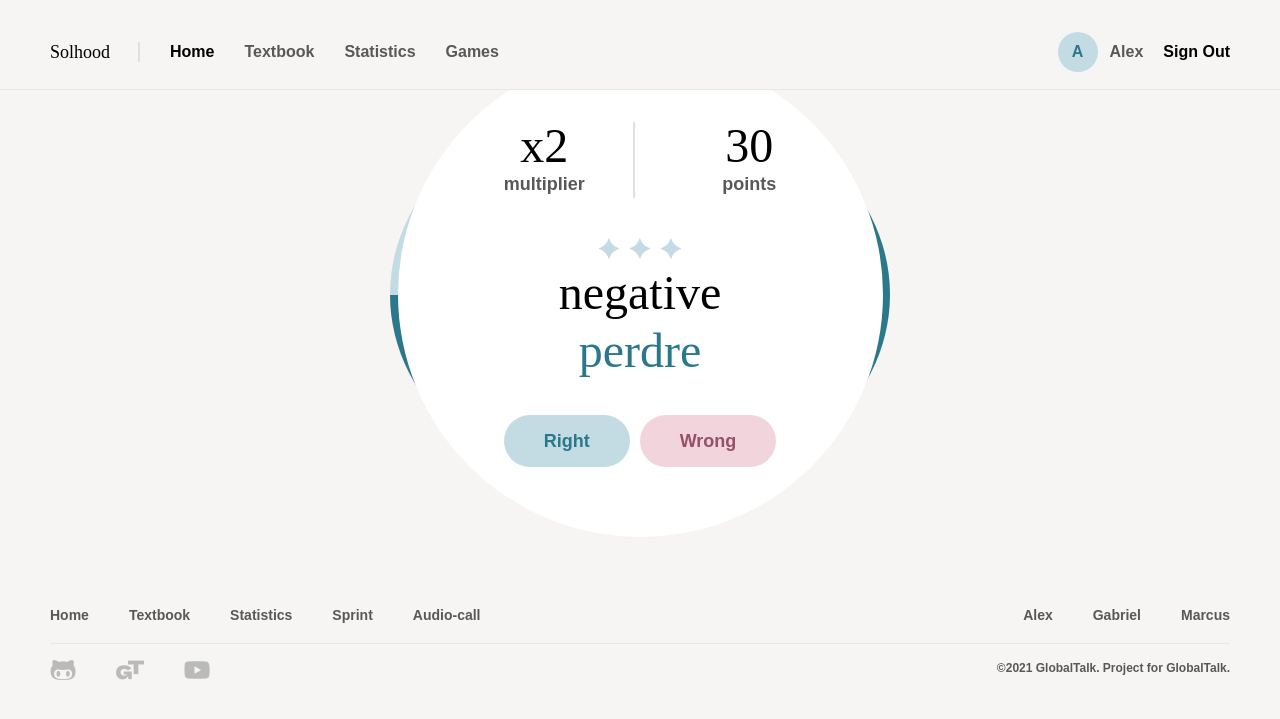
Repository: haudnn/solhood
Page: /game
The author's editor kept a copy of each file at every save. The page is drawn from the files as they stood at one save, then again after the next save.
The browser window is 1280 px wide. The pictures show the whole page.
The project was rebuilt for these pictures with package versions that can differ from the ones it lists, and the page was loaded fresh each time. Also part of the build but not shown: src/pages/Home.tsx, src/pages/Sprint.tsx.

Above is the page before, as saved 2023-01-03 18:18:28.

### src/index.css
@tailwind base;
@tailwind components;
@tailwind utilities;

@import url('https://fonts.googleapis.com/css2?family=Dela+Gothic+One&family=Montserrat:wght@400;500;600;700&display=swap');

@layer components {
    html{
        scroll-behavior: smooth;
    }
    .app-container{
        width: 1180px !important;
        margin: 0 auto !important;
    }
    .wrapper {
        height: calc(100vh - 90px);
        overflow: hidden;
    }
    .line {
        position: relative;
    }
    .wrapper-calc {
        height: calc(100vh - 90px - 157px);
        overflow: hidden;
    }
    .circular-progess::before{
        content: "";
        position: absolute;
        height: 485px;
        width: 485px;
        border-radius: 50%;
        background-color: white;
    }
    .line::before{
        position: absolute;
        content: "";
        right: -30px;
        border-right: 2px solid #e0e0e0 ;
        height: 20px;
        top: 50%;
        transform: translateY(-50%);
    }
    .line-long {
        position: relative;
    }
    .line-long::before{
        position: absolute;
        content: "";
        right: 0px;
        border-right: 2px solid #e0e0e0 ;
        height: 100%;
        top: 50%;
        transform: translateY(-50%);
    }
    .bridge::before {
        position: absolute;
        left:0;
        top:-16px;
        width: 100%;
        height: 20px;
        content:"";
        display: block;
    }
    .grid {
        width: 100%;
        display: block !important;
        padding: 0;
    }

    .grid.wide {
        max-width: 1200px;
        margin: 0 auto;
    }

    .row {
        display: flex;
        flex-wrap: wrap;
        margin-left: -4px;
        margin-right: -4px;
    }

    .row.no-gutters {
        margin-left: 0;
        margin-right: 0;
    }

    .col {
        padding-left: 4px;
        padding-right: 4px;
    }

    .row.no-gutters .col {
        padding-left: 0;
        padding-right: 0;
    }

    .c-0 {
        display: none;
    }

    .c-1 {
        flex: 0 0 8.33333%;
        max-width: 8.33333%;
    }

    .c-2 {
        flex: 0 0 16.66667%;
        max-width: 16.66667%;
    }

    .c-3 {
        flex: 0 0 25%;
        max-width: 25%;
    }

    .c-4 {
        flex: 0 0 33.33333%;
        max-width: 33.33333%;
    }

    .c-5 {
        flex: 0 0 41.66667%;
        max-width: 41.66667%;
    }

    .c-6 {
        flex: 0 0 50%;
        max-width: 50%;
    }

    .c-7 {
        flex: 0 0 58.33333%;
        max-width: 58.33333%;
    }

    .c-8 {
        flex: 0 0 66.66667%;
        max-width: 66.66667%;
    }

    .c-9 {
        flex: 0 0 75%;
        max-width: 75%;
    }

    .c-10 {
        flex: 0 0 83.33333%;
        max-width: 83.33333%;
    }

    .c-11 {
        flex: 0 0 91.66667%;
        max-width: 91.66667%;
    }

    .c-12 {
        flex: 0 0 100%;
        max-width: 100%;
    }

    .c-o-1 {
        margin-left: 8.33333%;
    }

    .c-o-2 {
        margin-left: 16.66667%;
    }

    .c-o-3 {
        margin-left: 25%;
    }

    .c-o-4 {
        margin-left: 33.33333%;
    }

    .c-o-5 {
        margin-left: 41.66667%;
    }

    .c-o-6 {
        margin-left: 50%;
    }

    .c-o-7 {
        margin-left: 58.33333%;
    }

    .c-o-8 {
        margin-left: 66.66667%;
    }

    .c-o-9 {
        margin-left: 75%;
    }

    .c-o-10 {
        margin-left: 83.33333%;
    }

    .c-o-11 {
        margin-left: 91.66667%;
    }

    /* >= Tablet */
    @media (min-width: 740px) {
        .row {
            margin-left: -8px;
            margin-right: -8px;
        }

        .col {
            padding-left: 8px;
            padding-right: 8px;
        }

        .m-0 {
            display: none;
        }

        .m-1,
        .m-2,
        .m-3,
        .m-4,
        .m-5,
        .m-6,
        .m-7,
        .m-8,
        .m-9,
        .m-10,
        .m-11,
        .m-12 {
            display: block;
        }

        .m-1 {
            flex: 0 0 8.33333%;
            max-width: 8.33333%;
        }

        .m-2 {
            flex: 0 0 16.66667%;
            max-width: 16.66667%;
        }

        .m-3 {
            flex: 0 0 25%;
            max-width: 25%;
        }

        .m-4 {
            flex: 0 0 33.33333%;
            max-width: 33.33333%;
        }

        .m-5 {
            flex: 0 0 41.66667%;
            max-width: 41.66667%;
        }

        .m-6 {
            flex: 0 0 50%;
            max-width: 50%;
        }

        .m-7 {
            flex: 0 0 58.33333%;
            max-width: 58.33333%;
        }

        .m-8 {
            flex: 0 0 66.66667%;
            max-width: 66.66667%;
        }

        .m-9 {
            flex: 0 0 75%;
            max-width: 75%;
        }

        .m-10 {
            flex: 0 0 83.33333%;
            max-width: 83.33333%;
        }

        .m-11 {
            flex: 0 0 91.66667%;
            max-width: 91.66667%;
        }

        .m-12 {
            flex: 0 0 100%;
            max-width: 100%;
        }

        .m-o-1 {
            margin-left: 8.33333%;
        }

        .m-o-2 {
            margin-left: 16.66667%;
        }

        .m-o-3 {
            margin-left: 25%;
        }

        .m-o-4 {
            margin-left: 33.33333%;
        }

        .m-o-5 {
            margin-left: 41.66667%;
        }

        .m-o-6 {
            margin-left: 50%;
        }

        .m-o-7 {
            margin-left: 58.33333%;
        }

        .m-o-8 {
            margin-left: 66.66667%;
        }

        .m-o-9 {
            margin-left: 75%;
        }

        .m-o-10 {
            margin-left: 83.33333%;
        }

        .m-o-11 {
            margin-left: 91.66667%;
        }
    }

    /* PC medium resolution > */
    @media (min-width: 1113px) {
        .row {
            margin-left: -12px;
            margin-right: -12px;
        }

        .row.sm-gutter {
            margin-left: -5px;
            margin-right: -5px;
        }

        .col {
            padding-left: 12px;
            padding-right: 12px;
        }

        .row.sm-gutter .col {
            padding-left: 5px;
            padding-right: 5px;
        }

        .l-0 {
            display: none;
        }

        .l-1,
        .l-2,
        .l-2-4,
        .l-3,
        .l-4,
        .l-5,
        .l-6,
        .l-7,
        .l-8,
        .l-9,
        .l-10,
        .l-11,
        .l-12 {
            display: block;
        }

        .l-1 {
            flex: 0 0 8.33333%;
            max-width: 8.33333%;
        }

        .l-2 {
            flex: 0 0 16.66667%;
            max-width: 16.66667%;
        }

        .l-2-4 {
            flex: 0 0 20%;
            max-width: 20%;
        }

        .l-3 {
            flex: 0 0 25%;
            max-width: 25%;
        }

        .l-4 {
            flex: 0 0 33.33333%;
            max-width: 33.33333%;
        }

        .l-5 {
            flex: 0 0 41.66667%;
            max-width: 41.66667%;
        }

        .l-6 {
            flex: 0 0 50%;
            max-width: 50%;
        }

        .l-7 {
            flex: 0 0 58.33333%;
            max-width: 58.33333%;
        }

        .l-8 {
            flex: 0 0 66.66667%;
            max-width: 66.66667%;
        }

        .l-9 {
            flex: 0 0 75%;
            max-width: 75%;
        }

        .l-10 {
            flex: 0 0 83.33333%;
            max-width: 83.33333%;
        }

        .l-11 {
            flex: 0 0 91.66667%;
            max-width: 91.66667%;
        }

        .l-12 {
            flex: 0 0 100%;
            max-width: 100%;
        }

        .l-o-1 {
            margin-left: 8.33333%;
        }

        .l-o-2 {
            margin-left: 16.66667%;
        }

        .l-o-3 {
            margin-left: 25%;
        }

        .l-o-4 {
            margin-left: 33.33333%;
        }

        .l-o-5 {
            margin-left: 41.66667%;
        }

        .l-o-6 {
            margin-left: 50%;
        }

        .l-o-7 {
            margin-left: 58.33333%;
        }

        .l-o-8 {
            margin-left: 66.66667%;
        }

        .l-o-9 {
            margin-left: 75%;
        }

        .l-o-10 {
            margin-left: 83.33333%;
        }

        .l-o-11 {
            margin-left: 91.66667%;
        }
    }

    /* Tablet - PC low resolution */
    @media (min-width: 740px) and (max-width: 1023px) {
        .wide {
            width: 644px;
        }
    }

    /* > PC low resolution */
    @media (min-width: 1024px) and (max-width: 1239px) {
        .wide {
            width: 984px;
        }

        .wide .row {
            margin-left: -12px;
            margin-right: -12px;
        }

        .wide .row.sm-gutter {
            margin-left: -5px;
            margin-right: -5px;
        }

        .wide .col {
            padding-left: 12px;
            padding-right: 12px;
        }

        .wide .row.sm-gutter .col {
            padding-left: 5px;
            padding-right: 5px;
        }

        .wide .l-0 {
            display: none;
        }

        .wide .l-1,
        .wide .l-2,
        .wide .l-2-4,
        .wide .l-3,
        .wide .l-4,
        .wide .l-5,
        .wide .l-6,
        .wide .l-7,
        .wide .l-8,
        .wide .l-9,
        .wide .l-10,
        .wide .l-11,
        .wide .l-12 {
            display: block;
        }

        .wide .l-1 {
            flex: 0 0 8.33333%;
            max-width: 8.33333%;
        }

        .wide .l-2 {
            flex: 0 0 16.66667%;
            max-width: 16.66667%;
        }

        .wide .l-2-4 {
            flex: 0 0 20%;
            max-width: 20%;
        }

        .wide .l-3 {
            flex: 0 0 25%;
            max-width: 25%;
        }

        .wide .l-4 {
            flex: 0 0 33.33333%;
            max-width: 33.33333%;
        }

        .wide .l-5 {
            flex: 0 0 41.66667%;
            max-width: 41.66667%;
        }

        .wide .l-6 {
            flex: 0 0 50%;
            max-width: 50%;
        }

        .wide .l-7 {
            flex: 0 0 58.33333%;
            max-width: 58.33333%;
        }

        .wide .l-8 {
            flex: 0 0 66.66667%;
            max-width: 66.66667%;
        }

        .wide .l-9 {
            flex: 0 0 75%;
            max-width: 75%;
        }

        .wide .l-10 {
            flex: 0 0 83.33333%;
            max-width: 83.33333%;
        }

        .wide .l-11 {
            flex: 0 0 91.66667%;
            max-width: 91.66667%;
        }

        .wide .l-12 {
            flex: 0 0 100%;
            max-width: 100%;
        }

        .wide .l-o-1 {
            margin-left: 8.33333%;
        }

        .wide .l-o-2 {
            margin-left: 16.66667%;
        }

        .wide .l-o-3 {
            margin-left: 25%;
        }

        .wide .l-o-4 {
            margin-left: 33.33333%;
        }

        .wide .l-o-5 {
            margin-left: 41.66667%;
        }

        .wide .l-o-6 {
            margin-left: 50%;
        }

        .wide .l-o-7 {
            margin-left: 58.33333%;
        }

        .wide .l-o-8 {
            margin-left: 66.66667%;
        }

        .wide .l-o-9 {
            margin-left: 75%;
        }

        .wide .l-o-10 {
            margin-left: 83.33333%;
        }

        .wide .l-o-11 {
            margin-left: 91.66667%;
        }
    }
}

### src/App.tsx
import "./App.css";
import { BrowserRouter } from 'react-router-dom';
import RouterConfig from './config/RouterConfig';
import Footer from "./components/Layout/Footer";
import Header from "./components/Layout/Header";
function App() {
  return (
    <div className="App font-montserrat">
      <BrowserRouter>
        <Header />
        <RouterConfig/>
        <Footer/>
      </BrowserRouter>
    </div>
  );
}

export default App;

### src/config/RouterConfig.tsx
import React from 'react'
import { Routes, Route } from 'react-router-dom';
import {router} from '../constants';
const RouterConfig = () => {
  return (
    <Routes>
    {router.map(({ path, component }) => (
      <Route key={path} path={path} element={component} />
    ))}
  </Routes>
  )
}

export default RouterConfig

### src/components/Layout/Footer.tsx
import React from "react";
import github from '../../assets/imgs/github.png';
import GT from '../../assets/imgs/GT.png'
import youtube from '../../assets/imgs/youtube.png'
const Footer = () => {
  return (
    <footer>
      <div className="bg-greyligt py-[40px]">
        <div className="app-container">
          <div className="pb-4 border-b border-solid boder-[greymedium]">
            <div className="grid">
              <div className="row">
                <div className="col l-6">
                  <ul className="flex items-center gap-x-10">
                    <li>
                      <a
                        className="text-sm font-semibold text-greydark"
                        href="/"
                      >
                        Home
                      </a>
                    </li>
                    <li>
                      <a
                        className="text-sm font-semibold text-greydark"
                        href="/"
                      >
                        Textbook
                      </a>
                    </li>
                    <li>
                      <a
                        className="text-sm font-semibold text-greydark"
                        href="/"
                      >
                        Statistics
                      </a>
                    </li>
                    <li>
                      <a
                        className="text-sm font-semibold text-greydark"
                        href="/"
                      >
                        Sprint
                      </a>
                    </li>
                    <li>
                      <a
                        className="text-sm font-semibold text-greydark"
                        href="/"
                      >
                        Audio-call
                      </a>
                    </li>
                  </ul>
                </div>
                <div className="col l-6">
                  <ul className="flex items-center justify-end gap-x-10">
                    <li>
                      <a
                        className="text-sm font-semibold text-greydark"
                        href="/"
                      >
                        Alex
                      </a>
                    </li>
                    <li>
                      <a
                        className="text-sm font-semibold text-greydark"
                        href="/"
                      >
                        Gabriel
                      </a>
                    </li>
                    <li>
                      <a
                        className="text-sm font-semibold text-greydark"
                        href="/"
                      >
                        Marcus
                      </a>
                    </li>
                  </ul>
                </div>
              </div>
            </div>
          </div>
          <div className="pt-4">
            <div className="grid">
              <div className="row">
                <div className="col l-6">
                  <ul className="flex items-center gap-x-10">
                    <li>
                      <a href="/">
                        <img src={github} alt="" />
                      </a>
                    </li>
                    <li>
                      <a href="/">
                        <img src={GT} alt="" />
                      </a>
                    </li>
                    <li>
                      <a href="/">
                        <img src={youtube} alt="" />
                      </a>
                    </li>
                  </ul>
                </div>
                <div className="col l-6">
                  <div className="flex items-center justify-end">
                    <span className="text-xs font-semibold text-greydark ">
                      ©2021 GlobalTalk. Project for GlobalTalk.
                    </span>
                  </div>
                </div>
              </div>
            </div>
          </div>
        </div>
      </div>
    </footer>
  );
};

export default Footer;

### src/components/Layout/Header.tsx
import React from "react";

const Header = () => {
  return (
      <header className="py-8 border-b border-solid border-[grey-dark] bg-greyligt max-h-[90px]">
        <div className="app-container">
          <div className="grid">
            <div className="row">
              <div className="col l-6">
                <div className="flex items-center gap-x-[60px] h-full">
                  <div className="line">
                    <a href="/" className="text-lg text-black font-dela">Solhood</a>
                  </div>
                  <div className="">
                    <ul className="flex items-center gap-x-[30px]">
                      <li>
                        <a
                          className="text-base font-semibold text-black"
                          href="/"
                        >
                          Home
                        </a>
                      </li>
                      <li>
                        <a
                          className="text-base font-semibold text-greydark"
                          href="/"
                        >
                          Textbook
                        </a>
                      </li>
                      <li>
                        <a
                          className="text-base font-semibold text-greydark"
                          href="/"
                        >
                          Statistics
                        </a>
                      </li>
                      <li className="relative group">
                        <a
                          className="text-base font-semibold text-greydark"
                          href="/"
                        >
                          Games
                        </a>
                        <div className="z-10 group-hover:block hidden absolute bg-white rounded-xl shadow-lg w-[215px] p-5 top-10 bridge">
                          <ul>
                            <li className="mb-2 text-base font-semibold text-greydark">
                              <a href="/sprint">Sprint</a>
                            </li>
                            <li>
                              <a href="/" className="text-base font-semibold text-greydark">Audio call</a>
                            </li>
                          </ul>
                        </div>
                      </li>
                    </ul>
                  </div>
                </div>
              </div>
              <div className="col l-6">
                <div className="flex justify-end">
                  <div className="flex items-center mr-5 gap-x-3">
                    <div className="flex items-center justify-center w-10 h-10 rounded-[50%] bg-cyanlight">
                      <span className="text-base font-semibold text-cyandark">
                        A
                      </span>
                    </div>
                    <span className="text-base font-semibold text-greydark">
                      Alex
                    </span>
                  </div>
                  <div className="flex items-center">
                    <a href="/" className="text-base font-semibold text-black">
                      Sign Out
                    </a>
                  </div>
                </div>
              </div>
            </div>
          </div>
        </div>
      </header>
  );
};

export default Header;

### src/constants/index.ts
import router from "./router"

export {router}

### src/constants/router.tsx
import Game from "../pages/Game";
import Home from "../pages/Home";
import Sprint from "../pages/Sprint";
const router = [
 {
    path: '/',
    component: <Home />,
 },
 {
   path: '/sprint',
   component: <Sprint />,
 },
 {
  path: '/game',
   component: <Game />,
 }

]
export default router;

### src/pages/Game.tsx
import React from "react";
import level from "../assets/imgs/level.png";
const Game = () => {
  return (
    <div className="game bg-greyligt">
      <div className="flex flex-col items-center justify-center wrapper-calc">
        <div style={{background: `conic-gradient(#2b788b ${270}deg, #c3dce3 0deg)`}} className=" circular-progess relative w-[500px] h-[500px] rounded-[50%] flex items-center justify-center">
          <div className="relative">
            <div className="flex items-center justify-between mb-10 ">
              <div className="flex flex-col items-center line-long before:-right-[50px]">
                <p className="text-5xl font-dela">x2</p>
                <p className="text-lg font-semibold text-greydark">
                  multiplier
                </p>
              </div>
              <div className="flex flex-col items-center ">
                <p className="text-5xl font-dela">30</p>
                <p className="text-lg font-semibold text-greydark">points</p>
              </div>
            </div>
            <div className="mb-10">
              <div className="flex items-center justify-center gap-x-[10px] mb-[10px]">
                <div>
                  <img
                    src={level}
                    alt=""
                    className="object-cover w-full h-full"
                  />
                </div>
                <div>
                  <img
                    src={level}
                    alt=""
                    className="object-cover w-full h-full"
                  />
                </div>
                <div>
                  <img
                    src={level}
                    alt=""
                    className="object-cover w-full h-full"
                  />
                </div>
              </div>
              <div>
                <p className="text-5xl font-dela mb-[10px] text-center">
                  negative
                </p>
                <p className="text-5xl font-dela mb-[10px] text-cyandark text-center">
                  perdre
                </p>
              </div>
            </div>
            <div className="flex items-center justify-center gap-x-[10px]">
              <button className="px-10 py-3 rounded-full bg-cyanlight">
                <span className="text-lg font-bold text-cyandark">Right</span>
              </button>
              <button className="px-10 py-3 rounded-full bg-pinklight">
                <span className="text-lg font-bold text-pinkdark">Wrong</span>
              </button>
            </div>
          </div>
        </div>
        <div className="mt-10">
            <p className="text-base fotn-semibold text-greyligt">*You can also use the {"<-"}{"->"} keys on the keyboard  </p>
        </div>
      </div>
    </div>
  );
};

export default Game;

### tailwind.config.js
/** @type {import('tailwindcss').Config} */
module.exports = {
  content: ["./src/**/*.{html,jsx,js,tsx}"],
  theme: {
    fontFamily: {
      dela: ["Dela Gothic One", "cursive"],
      montserrat: ["Montserrat", "sans-serif"],
    },
    extend: {
      colors: {
        cyandesign: "#5996a5",
        cyandark: "#2b788b",
        cyanlight: "#c3dce3",
        pinkdesign: "#a15993",
        pinkdark: "#945069",
        pinklight: "#f2d4dc",
        black: "#000000",
        greyligt: "#f6f5f4",
        greymedium: "#e0e0e0",
        greyicon: "#bababa",
        greydark: "#585858",
        greendesign: "#639b6d",
        reddesign: "#a95151",
        yellowdesign: "#c4a24c",
        orangedesign: "#cb5b43",
      },
    },
  },
  plugins: [],
}

Loaded but not shown: public/index.html (common file); src/index.tsx (common file); src/App.css (common file)

After the next save:
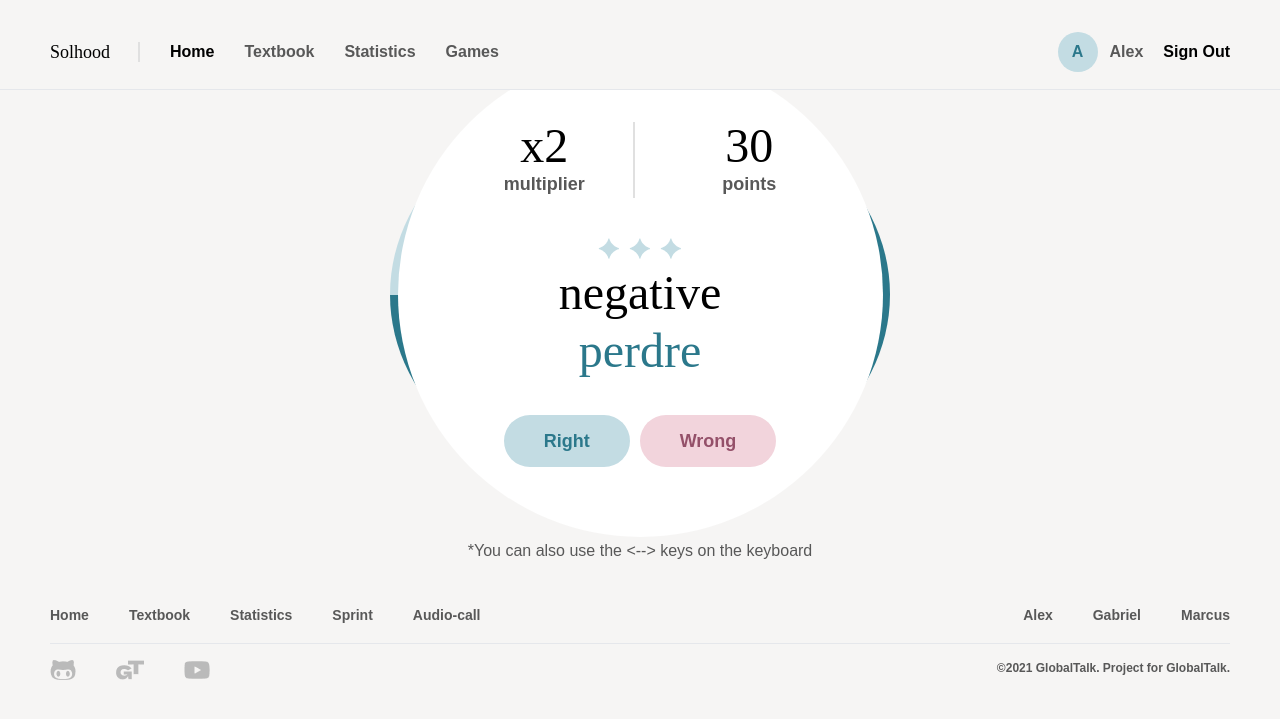
Saved 15 s later.
--- a/src/pages/Game.tsx
+++ b/src/pages/Game.tsx
@@ -62,7 +62,7 @@ const Game = () => {
           </div>
         </div>
         <div className="mt-10">
-            <p className="text-base fotn-semibold text-greyligt">*You can also use the {"<-"}{"->"} keys on the keyboard  </p>
+            <p className="text-base fotn-bold text-greydark">*You can also use the {"<-"}{"->"} keys on the keyboard  </p>
         </div>
       </div>
     </div>
